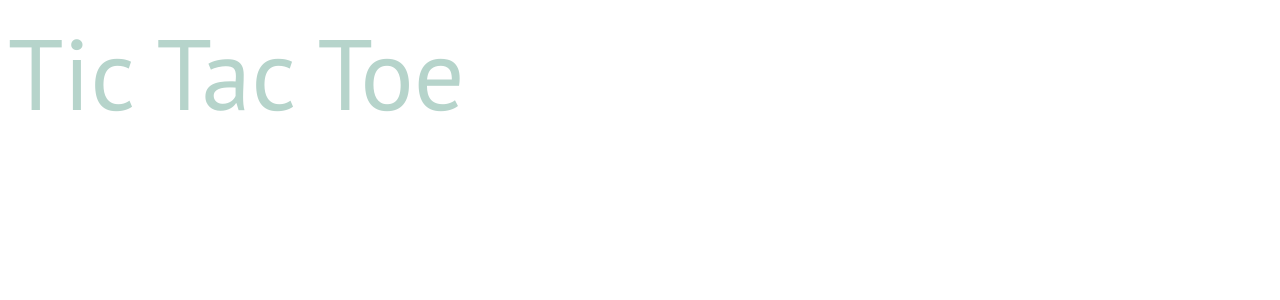
Repository: chin9/TicTacToe
Page: index.html
The author's editor kept a copy of each file at every save. The page is drawn from the files as they stood at one save, then again after the next save.
The browser window is 1280 px wide. The pictures show the whole page.

Above is the page before, as saved 2021-05-12 13:35:32.

### index.html
<head>
    <link rel='stylesheet' href='style.css'>
</head>

<header>Tic Tac Toe</header>

### style.css
@import url('https://fonts.googleapis.com/css2?family=PT+Sans&display=swap');

header{
    font-family: 'PT Sans', sans-serif;
    font-size: 100px;
    color: rgb(182, 212, 203);

}

After the next save:
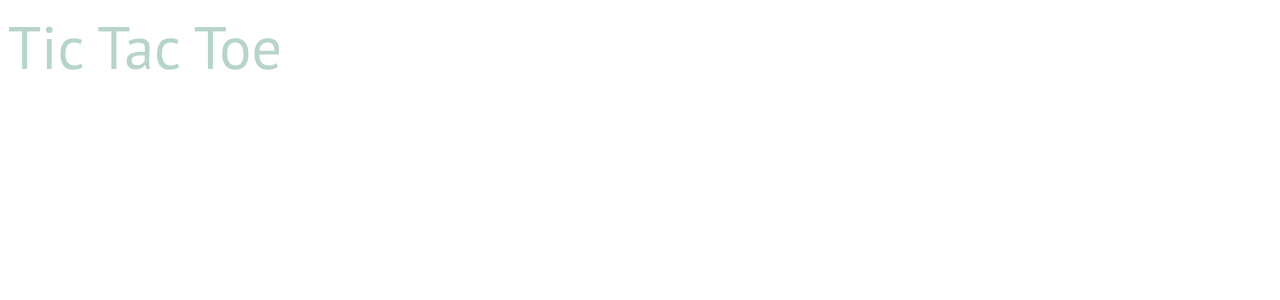
Saved 10 s later.
--- a/style.css
+++ b/style.css
@@ -2,7 +2,7 @@
 
 header{
     font-family: 'PT Sans', sans-serif;
-    font-size: 100px;
+    font-size: 60px;
     color: rgb(182, 212, 203);
 
 }
